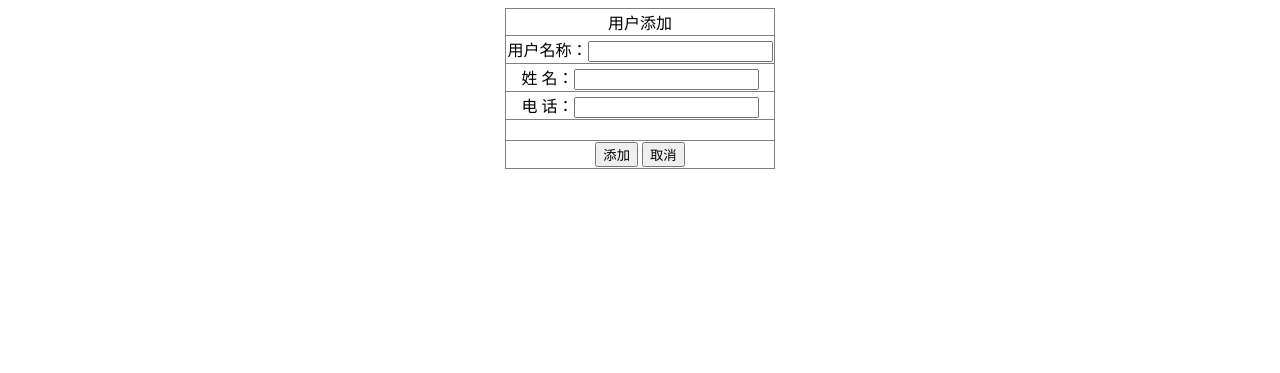
Repository: yuxingyan/OneCrewFlour
Page: http://localhost/Flour/adduser.jsp
The author's editor kept a copy of each file at every save. The page is drawn from the files as they stood at one save, then again after the next save.
The browser window is 1280 px wide. The pictures show the whole page.
The page is served by Tomcat 9. Nobody is signed in. The application's start-up code is not run.

Above is the page before, as saved 2018-01-10 16:20:37.

After the next save:
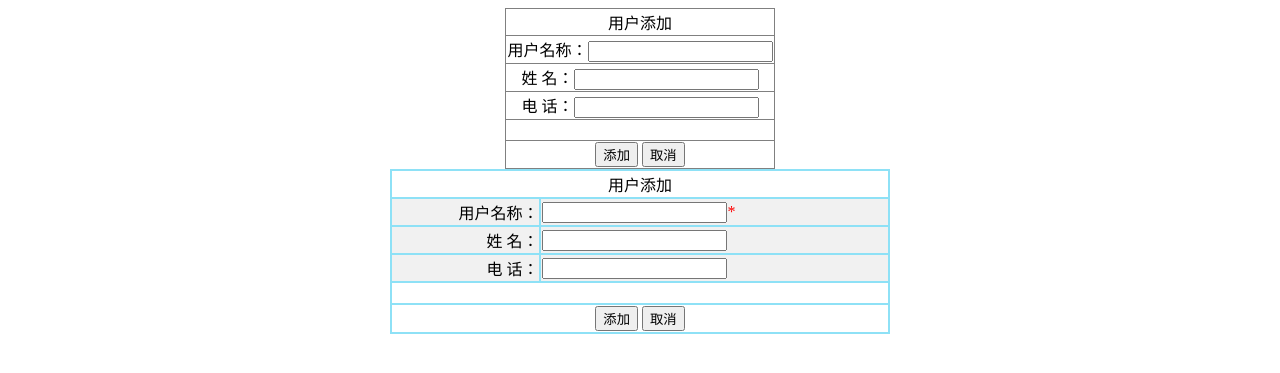
Saved 94 s later.
--- a/Flour/WebRoot/adduser.jsp
+++ b/Flour/WebRoot/adduser.jsp
@@ -87,6 +87,40 @@ String basePath = request.getScheme()+"://"+request.getServerName()+":"+request.
 
 
    </table>
+   <table  border="1" cellspacing="0" width="500px"  bordercolor="#8EE1F6">
+   <tr>
+   <td align="center"  colspan="2">用户添加 </td>
+
+   </tr>
+   <tr>
+   <td  width="30%"align="right" nowrap="nowrap" bgcolor="#f1f1f1">用户名称：</td>
+   <td bgcolor="#f1f1f1"><input id="name1" type="text" name="user.username" value=""/><span style="color:red">*</span> </td>
+
+   </tr>
+   <tr>
+   <td  width="30%" align="right" nowrap="nowrap" bgcolor="#f1f1f1">姓        名：</td>
+   <td  bgcolor="#f1f1f1"> <input id="name2" type="text" name="user.name" value=""/></td>
+
+   </tr>
+   <tr>
+   <td  width="30%"align="right" nowrap="nowrap" bgcolor="#f1f1f1">电       话：</td>
+   <td  bgcolor="#f1f1f1"> <input id="tel" type="text" name="user.phone" value=""/></td>
+
+   </tr>
+   <tr>
+   <td colspan="2">&nbsp </td>
+
+   </tr>
+
+   <tr><td align="center" colspan="2" >
+  <input type="button" onclick="Check();"  value="添加" />
+   <button  type="button" >取消</button>
+   </td>
+   </tr>
+
+
+
+   </table>
    </form>
   </body>
 </html>
